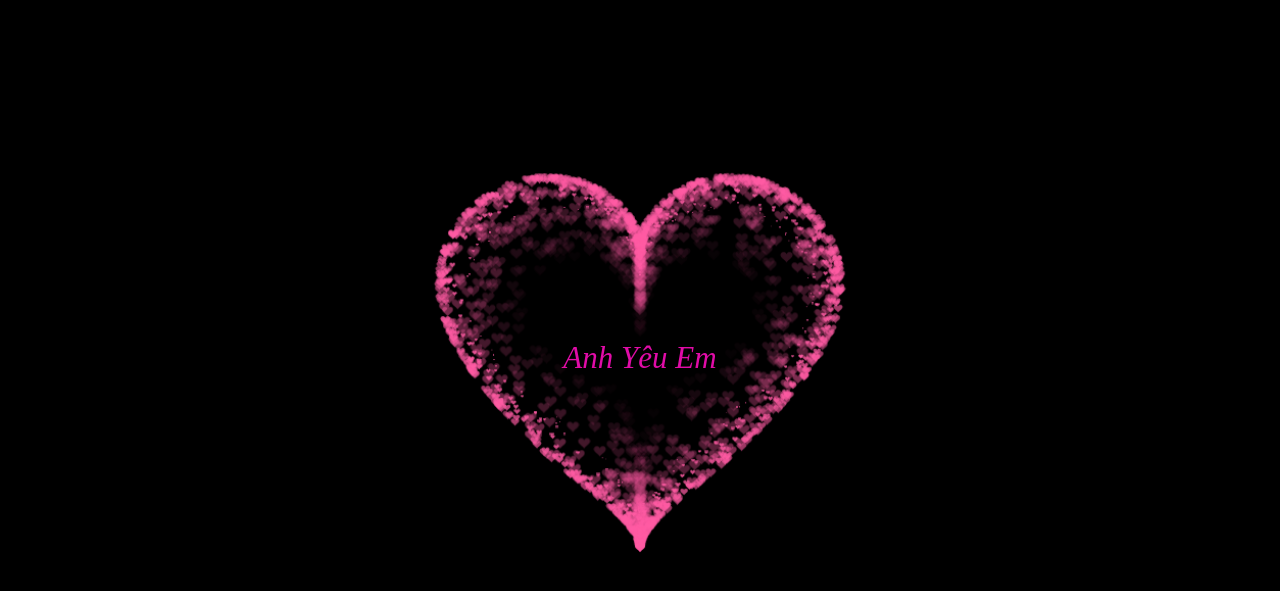
Repository: thaiduy1704/Heart
Page: index.html
These files come from the project's save history. The page is drawn as it stood at one moment and after the next save; the edit follows.
The browser window is 1280 px wide. The pictures show the whole page.

Above is the page before, as saved 2022-11-09 23:59:40.

### index.html
<!DOCTYPE HTML PUBLIC "-//W3C//DTD HTML 4.0 Transitional//EN">
<HTML>
 <HEAD>
  <TITLE> LE VY HEART</TITLE>
  <META NAME="Generator" CONTENT="EditPlus">
  <META NAME="Author" CONTENT="">
  <META NAME="Keywords" CONTENT="">
  <META NAME="Description" CONTENT="">


  <style>
  html, body {
  height: 100%;
  padding: 0;
  margin: 0;
  background: #000;
  display: flex;
  justify-content: center;
  align-items: center;

}

.box {
  width: 100%;
  position: absolute;
  top: 50%;
  left: 50%;
  transform: translate(-50%, -50%);
  display: flex;
  flex-direction: column;
}

canvas {
  position: absolute;
  width: 100%;
  height: 100%;
}
#pinkboard {
  position: relative;
  margin: auto;
  height: 500px;
  width: 500px;
  animation: animate 1.3s infinite;
}

#pinkboard:before, #pinkboard:after {
  content: '';
  position: absolute;
  background: #FF5CA4;
  width: 100px;
  height: 160px;
  border-top-left-radius: 50px;
  border-top-right-radius: 50px;
}

#pinkboard:before {
  left: 100px;
  transform: rotate(-45deg);
  transform-origin: 0 100%;
  box-shadow: 0 14px 28px rgba(0,0,0,0.25),
              0 10px 10px rgba(0,0,0,0.22);
}

#pinkboard:after {
  left: 0;
  transform: rotate(45deg);
  transform-origin: 100% 100%;
}

@keyframes animate {
  0% {
    transform: scale(1);
  }
  30% {
    transform: scale(.8);
  }
  60% {
    transform: scale(1.2);
  }
  100% {
    transform: scale(1);
  }
}
  </style>
 </HEAD>

 <BODY>
   <div class="box">
      <canvas id="pinkboard"></canvas>
   </div>
  <script>
  /*
 * Settings
 */
var settings = {
  particles: {
    length:   2000, // maximum amount of particles
    duration:   2, // particle duration in sec
    velocity: 100, // particle velocity in pixels/sec
    effect: -1.3, // play with this for a nice effect
    size:      13, // particle size in pixels
  },
};
/*
 * RequestAnimationFrame polyfill by Erik Möller
 */
(function(){var b=0;var c=["ms","moz","webkit","o"];for(var a=0;a<c.length&&!window.requestAnimationFrame;++a){window.requestAnimationFrame=window[c[a]+"RequestAnimationFrame"];window.cancelAnimationFrame=window[c[a]+"CancelAnimationFrame"]||window[c[a]+"CancelRequestAnimationFrame"]}if(!window.requestAnimationFrame){window.requestAnimationFrame=function(h,e){var d=new Date().getTime();var f=Math.max(0,16-(d-b));var g=window.setTimeout(function(){h(d+f)},f);b=d+f;return g}}if(!window.cancelAnimationFrame){window.cancelAnimationFrame=function(d){clearTimeout(d)}}}());
/*
 * Point class
 */
var Point = (function() {
  function Point(x, y) {
    this.x = (typeof x !== 'undefined') ? x : 0;
    this.y = (typeof y !== 'undefined') ? y : 0;
  }
  Point.prototype.clone = function() {
    return new Point(this.x, this.y);
  };
  Point.prototype.length = function(length) {
    if (typeof length == 'undefined')
      return Math.sqrt(this.x * this.x + this.y * this.y);
    this.normalize();
    this.x *= length;
    this.y *= length;
    return this;
  };
  Point.prototype.normalize = function() {
    var length = this.length();
    this.x /= length;
    this.y /= length;
    return this;
  };
  return Point;
})();
/*
 * Particle class
 */
var Particle = (function() {
  function Particle() {
    this.position = new Point();
    this.velocity = new Point();
    this.acceleration = new Point();
    this.age = 0;
  }
  Particle.prototype.initialize = function(x, y, dx, dy) {
    this.position.x = x;
    this.position.y = y;
    this.velocity.x = dx;
    this.velocity.y = dy;
    this.acceleration.x = dx * settings.particles.effect;
    this.acceleration.y = dy * settings.particles.effect;
    this.age = 0;
  };
  Particle.prototype.update = function(deltaTime) {
    this.position.x += this.velocity.x * deltaTime;
    this.position.y += this.velocity.y * deltaTime;
    this.velocity.x += this.acceleration.x * deltaTime;
    this.velocity.y += this.acceleration.y * deltaTime;
    this.age += deltaTime;
  };
  Particle.prototype.draw = function(context, image) {
    function ease(t) {
      return (--t) * t * t + 1;
    }
    var size = image.width * ease(this.age / settings.particles.duration);
    context.globalAlpha = 1 - this.age / settings.particles.duration;
    context.drawImage(image, this.position.x - size / 2, this.position.y - size / 2, size, size);
  };
  return Particle;
})();
/*
 * ParticlePool class
 */
var ParticlePool = (function() {
  var particles,
      firstActive = 0,
      firstFree   = 0,
      duration    = settings.particles.duration;

  function ParticlePool(length) {
    // create and populate particle pool
    particles = new Array(length);
    for (var i = 0; i < particles.length; i++)
      particles[i] = new Particle();
  }
  ParticlePool.prototype.add = function(x, y, dx, dy) {
    particles[firstFree].initialize(x, y, dx, dy);

    // handle circular queue
    firstFree++;
    if (firstFree   == particles.length) firstFree   = 0;
    if (firstActive == firstFree       ) firstActive++;
    if (firstActive == particles.length) firstActive = 0;
  };
  ParticlePool.prototype.update = function(deltaTime) {
    var i;

    // update active particles
    if (firstActive < firstFree) {
      for (i = firstActive; i < firstFree; i++)
        particles[i].update(deltaTime);
    }
    if (firstFree < firstActive) {
      for (i = firstActive; i < particles.length; i++)
        particles[i].update(deltaTime);
      for (i = 0; i < firstFree; i++)
        particles[i].update(deltaTime);
    }

    // remove inactive particles
    while (particles[firstActive].age >= duration && firstActive != firstFree) {
      firstActive++;
      if (firstActive == particles.length) firstActive = 0;
    }


  };
  ParticlePool.prototype.draw = function(context, image) {
    // draw active particles
    if (firstActive < firstFree) {
      for (i = firstActive; i < firstFree; i++)
        particles[i].draw(context, image);
    }
    if (firstFree < firstActive) {
      for (i = firstActive; i < particles.length; i++)
        particles[i].draw(context, image);
      for (i = 0; i < firstFree; i++)
        particles[i].draw(context, image);
    }
  };
  return ParticlePool;
})();
/*
 * Putting it all together
 */
(function(canvas) {
  var context = canvas.getContext('2d'),
      particles = new ParticlePool(settings.particles.length),
      particleRate = settings.particles.length / settings.particles.duration, // particles/sec
      time;

  // get point on heart with -PI <= t <= PI
  function pointOnHeart(t) {
    return new Point(
      160 * Math.pow(Math.sin(t), 3),
      130 * Math.cos(t) - 50 * Math.cos(2 * t) - 20 * Math.cos(3 * t) - 10 * Math.cos(4 * t) + 25
    );
  }

  // creating the particle image using a dummy canvas
  var image = (function() {
    var canvas  = document.createElement('canvas'),
        context = canvas.getContext('2d');
    canvas.width  = settings.particles.size;
    canvas.height = settings.particles.size;
    // helper function to create the path
    function to(t) {
      var point = pointOnHeart(t);
      point.x = settings.particles.size / 2 + point.x * settings.particles.size / 350;
      point.y = settings.particles.size / 2 - point.y * settings.particles.size / 350;
      return point;
    }
    // create the path
    context.beginPath();
    var t = -Math.PI;
    var point = to(t);
    context.moveTo(point.x, point.y);
    while (t < Math.PI) {
      t += 0.01; // baby steps!
      point = to(t);
      context.lineTo(point.x, point.y);
    }
    context.closePath();
    // create the fill
    context.fillStyle = '#FF5CA4';
    context.fill();
    // create the image
    var image = new Image();
    image.src = canvas.toDataURL();
    return image;
  })();

  // render that thing!
  function render() {
    // next animation frame
    requestAnimationFrame(render);

    // update time
    var newTime   = new Date().getTime() / 1000,
        deltaTime = newTime - (time || newTime);
    time = newTime;

    // clear canvas
    context.clearRect(0, 0, canvas.width, canvas.height);

    // create new particles
    var amount = particleRate * deltaTime;
    for (var i = 0; i < amount; i++) {
      var pos = pointOnHeart(Math.PI - 2 * Math.PI * Math.random());
      var dir = pos.clone().length(settings.particles.velocity);
      particles.add(canvas.width / 2 + pos.x, canvas.height / 2 - pos.y, dir.x, -dir.y);
    }

    // update and draw particles
    particles.update(deltaTime);
    particles.draw(context, image);
  }

  // handle (re-)sizing of the canvas
  function onResize() {
    canvas.width  = canvas.clientWidth;
    canvas.height = canvas.clientHeight;
  }
  window.onresize = onResize;

  // delay rendering bootstrap
  setTimeout(function() {
    onResize();
    render();
  }, 10);
})(document.getElementById('pinkboard'));
  </script>
  <div class="center-text",
  style="background-color:rgb(0, 0, 0);
        width: 100%;
        color: rgb(225, 12, 168);
        height:100%;
        font-size: 31px;
        font-style: italic;
        display: flex;
        align-items: center;
        justify-content: center;
        margin-bottom: 5px;
        text-align: center;">Anh Yêu Em</div>
 </BODY>
</HTML>

After the next save:
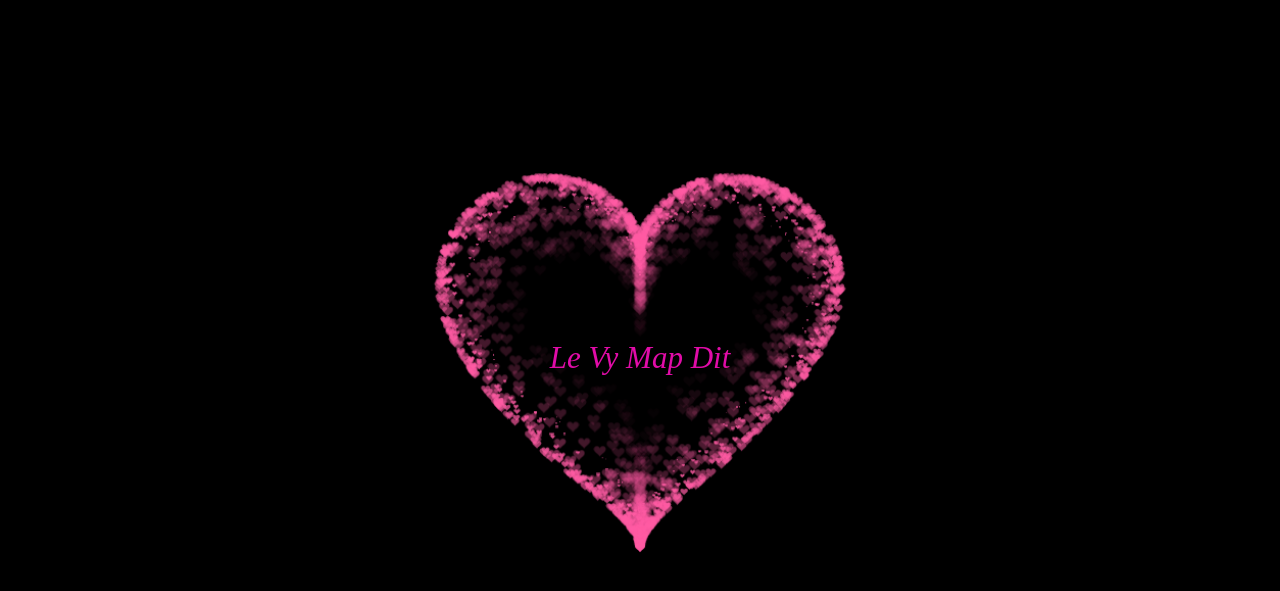
Saved 44 s later.
--- a/index.html
+++ b/index.html
@@ -331,6 +331,6 @@ var ParticlePool = (function() {
         align-items: center;
         justify-content: center;
         margin-bottom: 5px;
-        text-align: center;">Anh Yêu Em</div>
+        text-align: center;">Le Vy Map Dit</div>
  </BODY>
 </HTML>
